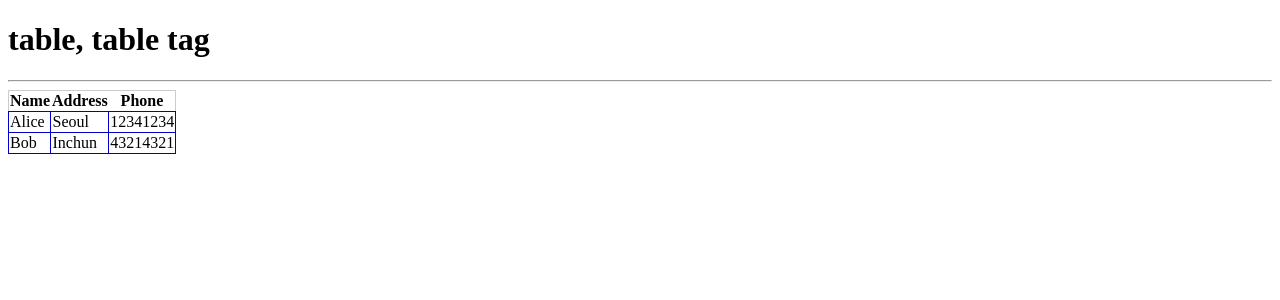
Repository: jihoonys82/weblec
Page: Front/WebContent/Ex01_HTML_tag/tagEx_06.html
The author's editor kept a copy of each file at every save. The page is drawn from the files as they stood at one save, then again after the next save.
The browser window is 1280 px wide. The pictures show the whole page.

Above is the page before, as saved 2018-07-23 11:25:38.

After the next save:
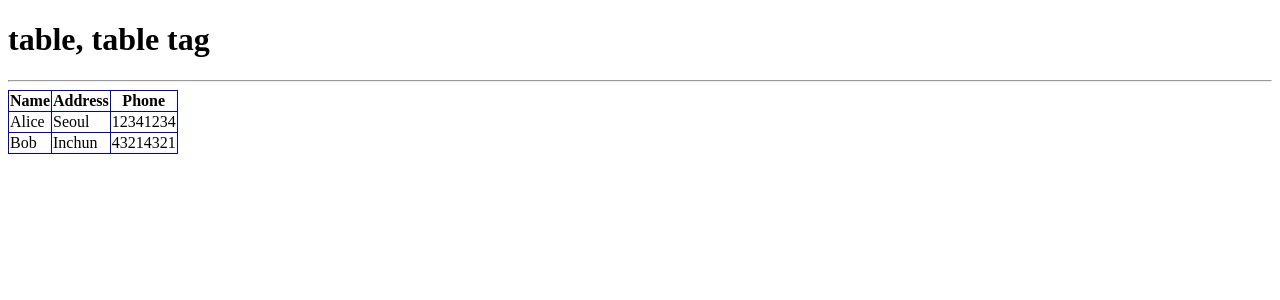
Saved 88 s later.
--- a/Front/WebContent/Ex01_HTML_tag/tagEx_06.html
+++ b/Front/WebContent/Ex01_HTML_tag/tagEx_06.html
@@ -12,7 +12,7 @@ table { /* Table outside square */
 	border-collapse: collapse;
 }
 
-td { /* each table data cell */
+th, td { /* each table data cell */
 	border: 1px solid #00C;
  }
 
